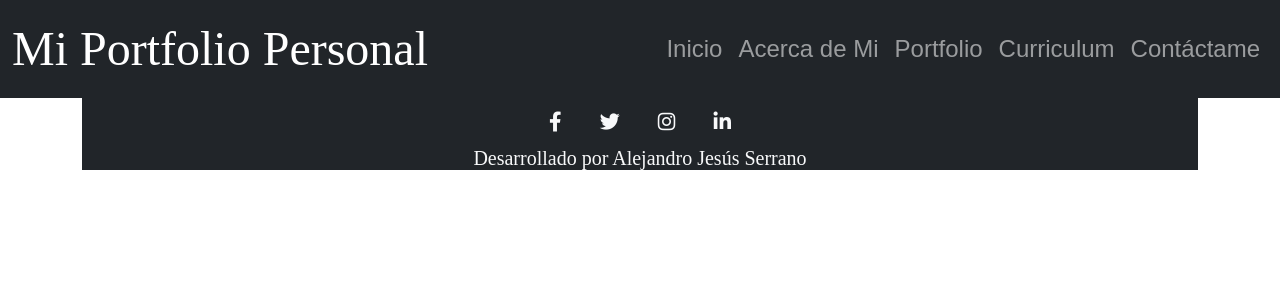
Repository: AlejandroJesusSerrano/portfolio
Page: portfolio/core/templates/core/base.html
The author's editor kept a copy of each file at every save. The page is drawn from the files as they stood at one save, then again after the next save.
The browser window is 1280 px wide. The pictures show the whole page.
Some web fonts or font styles are not loaded; a fallback is used. The template is drawn by Django 4.2. The application's start-up code is not run. Other server files are loaded and not shown. The template is opened directly, without the code that normally fills it, so the values that code supplies are empty.

Above is the page before, as saved 2023-09-06 08:31:21.

### portfolio/core/templates/core/base.html
{% load static %}

<!DOCTYPE html>
<html lang="en">

<head>
  <meta charset="UTF-8">
  <meta name="viewport" content="width=device-width, initial-scale=1.0">
  <link rel="stylesheet" href={% static 'lib/bootstrap-5.2/css/bootstrap.min.css' %}>
  <link rel="stylesheet" href={% static 'lib/fontawesome-6.4.2/css/all.min.css' %}>
  <link rel="stylesheet" href={% static 'css/styles.css' %}>
  <title>Portafolio Personal - {% block title %} {% endblock title %}</title>
</head>

<body>
  <!-- HEADER -->
  <nav class="navbar navbar-expand-lg navbar-dark bg-dark">
    <div class="container-fluid">
      <a class="navbar-brand brand" href={% url 'home' %}>Mi Portfolio Personal</a>
      <button class="navbar-toggler" type="button" data-bs-toggle="collapse" data-bs-target="#navbarNav"
        aria-controls="navbarNav" aria-expanded="false" aria-label="Toggle navigation">
        <span class="navbar-toggler-icon"></span>
      </button>
      <div class="collapse navbar-collapse" id="navbarNav">
        <ul class="navbar-nav nav_menu ms-auto">
          <li class="nav-item">
            <a class="nav-link" aria-current="page" href={% url 'home' %}>Inicio</a>
          </li>
          <li class="nav-item">
            <a class="nav-link" href={% url 'about' %}>Acerca de Mi</a>
          </li>
          <li class="nav-item">
            <a class="nav-link" href={% url 'portfolio' %}>Portfolio</a>
          </li>
          <li class="nav-item">
            <a class="nav-link" href={% url 'curriculum' %}>Curriculum</a>
          </li>
          <li class="nav-item">
            <a class="nav-link" href={% url 'contact' %}>Contáctame</a>
          </li>
        </ul>
      </div>
    </div>
  </nav>

  <!-- CONTENT - Template Tags -->

  {% block content %} {%endblock content%}

  <div class="container mb-0 col-12">
    <footer class="bg-dark text-center text-light">
      <section class="mb-4">
        <div class="container">
          <a class="btn btn-link btn-floating btn-lg text-light" href="#" role="button">
            <i class="fab fa-facebook-f"></i>
          </a>
          <a class="btn btn-link btn-floating btn-lg text-light" href="#" role="button">
            <i class="fab fa-twitter"></i>
          </a>
          <a class="btn btn-link btn-floating btn-lg text-light" href="#" role="button">
            <i class="fab fa-instagram"></i>
          </a>
          <a class="btn btn-link btn-floating btn-lg text-light" href="#" role="button">
            <i class="fab fa-linkedin-in"></i>
          </a>
        </div>
        <div class="container">
          <div class="develop">
            <h5>Desarrollado por Alejandro Jesús Serrano</h5>
          </div>
        </div>
      </section>
    </footer>
  </div>
  <!-- End of .container -->

  <script src={% static 'lib/bootstrap-5.2/js/bootstrap.min.js' %}></script>
  <script src={% static 'lib/fontawesome-6.4.2/js/all.min.js' %}></script>
</body>

</html>

### portfolio/static/css/styles.css
@import url("https://fonts.googleapis.com/css2?family=Arima:wght@500;700&family=Average+Sans&family=Mulish:ital,wght@0,400;0,500;0,700;1,400;1,500;1,700&display=swap");

* {
  margin: 0;
  padding: 0;
  box-sizing: border-box;
}

.brand {
  font-family: "Arima", cursive;
  font-size: 3rem;
}

.nav_menu {
  font-family: "Average Sans", sans-serif;
  font-size: 1.5rem;
}

.develop {
  margin-bottom: 20px;
  font-family: "Arima", cursive;
  font-size: 1rem;
}

Loaded but not shown: portfolio/static/lib/bootstrap-5.2/css/bootstrap.min.css (library); portfolio/static/lib/fontawesome-6.4.2/css/all.min.css (library); portfolio/static/lib/bootstrap-5.2/js/bootstrap.min.js (library)

After the next save:
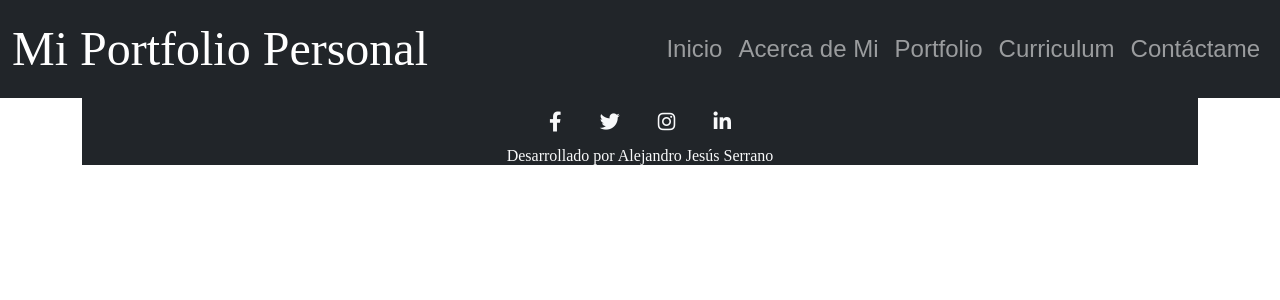
Saved 25 s later.
--- a/portfolio/core/templates/core/base.html
+++ b/portfolio/core/templates/core/base.html
@@ -65,9 +65,7 @@
           </a>
         </div>
         <div class="container">
-          <div class="develop">
-            <h5>Desarrollado por Alejandro Jesús Serrano</h5>
-          </div>
+          <h5 class="develop">Desarrollado por Alejandro Jesús Serrano</h5>
         </div>
       </section>
     </footer>
